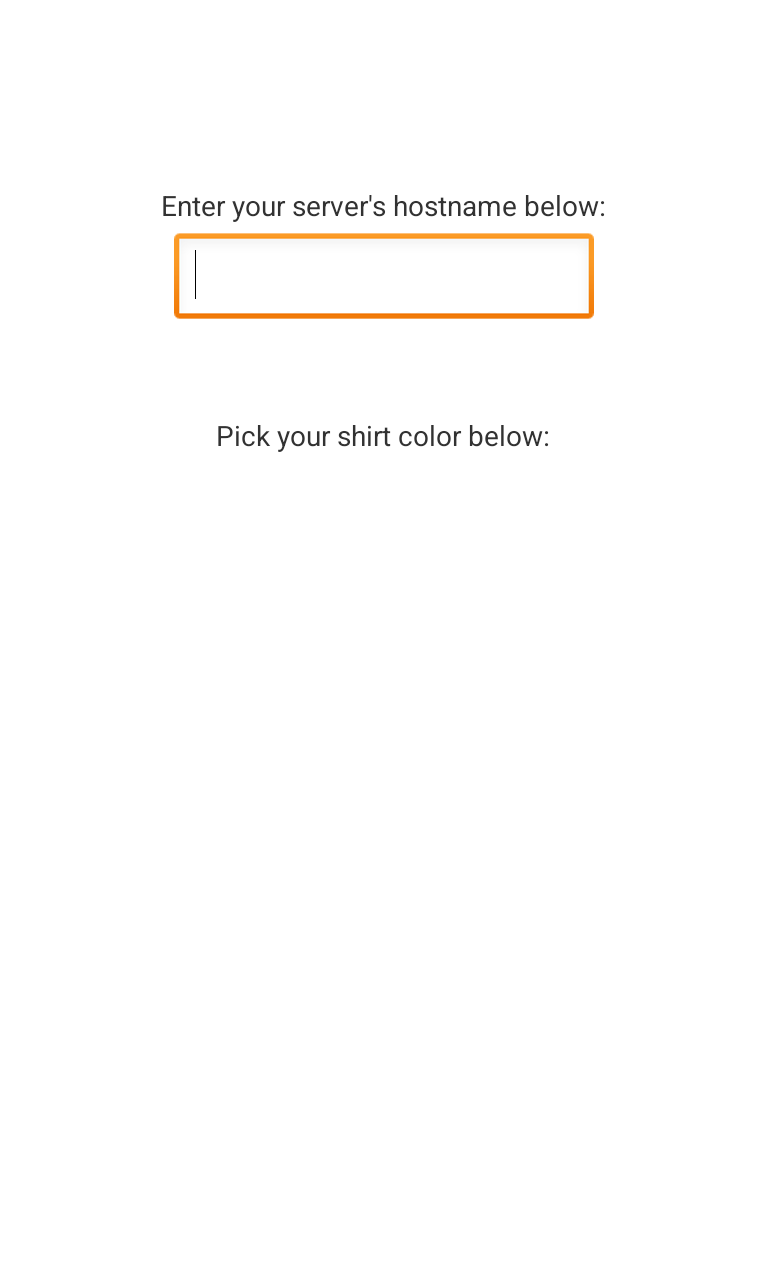
Repository: jesseanderson/GoatsWithoutHats
Layout: android/GoatsWithoutHats/res/layout/activity_new_game.xml
An editor plug-in stored every save of this project. The layout is shown before and after the next save, followed by the edit.
It is drawn on a 768 x 1280 px phone screen (xhdpi) without system bars, with theme android:Theme.Light.NoTitleBar.Fullscreen; the app's code is not run.

Above is the layout before, as saved 2014-09-13 03:22:29.

### android/GoatsWithoutHats/res/layout/activity_new_game.xml
<RelativeLayout xmlns:android="http://schemas.android.com/apk/res/android"
    xmlns:tools="http://schemas.android.com/tools"
    android:layout_width="match_parent"
    android:layout_height="match_parent"
    android:paddingBottom="@dimen/activity_vertical_margin"
    android:paddingLeft="@dimen/activity_horizontal_margin"
    android:paddingRight="@dimen/activity_horizontal_margin"
    android:paddingTop="@dimen/activity_vertical_margin"
    tools:context=".NewGameActivity" >

    <EditText
        android:id="@+id/hostnameedittext"
        android:layout_width="wrap_content"
        android:layout_height="wrap_content"
        android:layout_alignParentTop="true"
        android:layout_centerHorizontal="true"
        android:layout_marginTop="100dp"
        android:ems="10"
        android:inputType="textEmailAddress"
        android:maxLines="1"
        android:scrollHorizontally="true" >

        <requestFocus />
    </EditText>

    <TextView
        android:id="@+id/servertextview"
        android:layout_width="wrap_content"
        android:layout_height="wrap_content"
        android:layout_alignBottom="@+id/hostnameedittext"
        android:layout_centerHorizontal="true"
        android:layout_marginBottom="52dp"
        android:text="@string/hostname_edit_label" />

    <TextView
        android:id="@+id/colortextview"
        android:layout_width="wrap_content"
        android:layout_height="wrap_content"
        android:layout_below="@+id/hostnameedittext"
        android:layout_centerHorizontal="true"
        android:layout_marginTop="44dp"
        android:text="@string/shirt_color_label" />

</RelativeLayout>

### android/GoatsWithoutHats/res/values/colorlist.xml
<?xml version="1.0" encoding="utf-8"?>
<resources>

    <string name="app_name">Goats Without Hats</string>
    <string name="action_settings">Settings</string>
    <string name="title_activity_new_game">NewGameActivity</string>
    <string name="hostname_edit_label">Enter your server\'s hostname below:</string>
    <string name="shirt_color_label">Pick your shirt color below:</string>

</resources>

### android/GoatsWithoutHats/res/values/integers.xml
<?xml version="1.0" encoding="utf-8"?>
<resources>

    <string name="app_name">Goats Without Hats</string>
    <string name="action_settings">Settings</string>
    <string name="title_activity_new_game">NewGameActivity</string>
    <string name="hostname_edit_label">Enter your server\'s hostname below:</string>
    <string name="shirt_color_label">Pick your shirt color below:</string>

</resources>

### android/GoatsWithoutHats/res/values/strings.xml
<?xml version="1.0" encoding="utf-8"?>
<resources>

    <string name="app_name">Goats Without Hats</string>
    <string name="action_settings">Settings</string>
    <string name="title_activity_new_game">NewGameActivity</string>
    <string name="hostname_edit_label">Enter your server\'s hostname below:</string>
    <string name="shirt_color_label">Pick your shirt color below:</string>

</resources>

Loaded but not shown: android/GoatsWithoutHats/res/values/dimens.xml (common file)

After the next save:
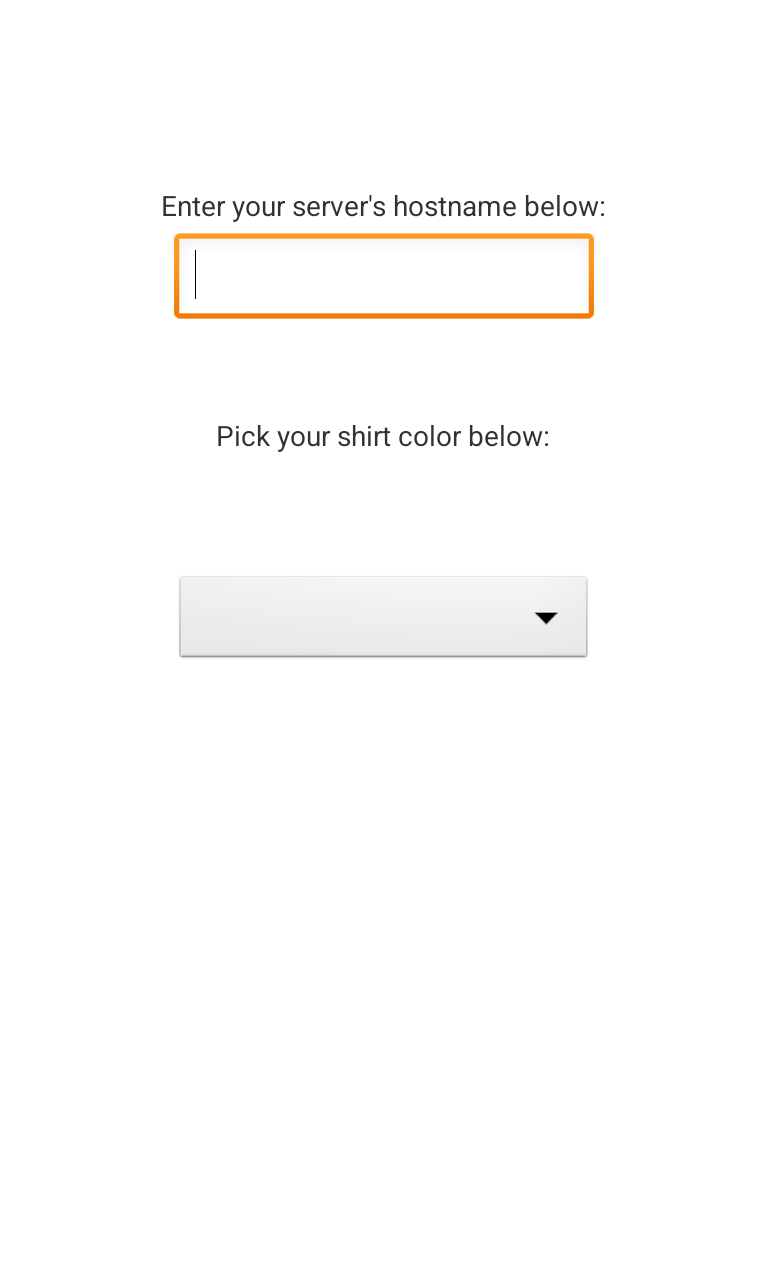
Saved 5 min 39 s later.
--- a/android/GoatsWithoutHats/res/layout/activity_new_game.xml
+++ b/android/GoatsWithoutHats/res/layout/activity_new_game.xml
@@ -41,4 +41,13 @@
         android:layout_marginTop="44dp"
         android:text="@string/shirt_color_label" />
 
+    <Spinner
+        android:id="@+id/colorspinner"
+        android:layout_width="wrap_content"
+        android:layout_height="wrap_content"
+        android:layout_alignLeft="@+id/hostnameedittext"
+        android:layout_alignRight="@+id/hostnameedittext"
+        android:layout_below="@+id/colortextview"
+        android:layout_marginTop="59dp" />
+
 </RelativeLayout>
